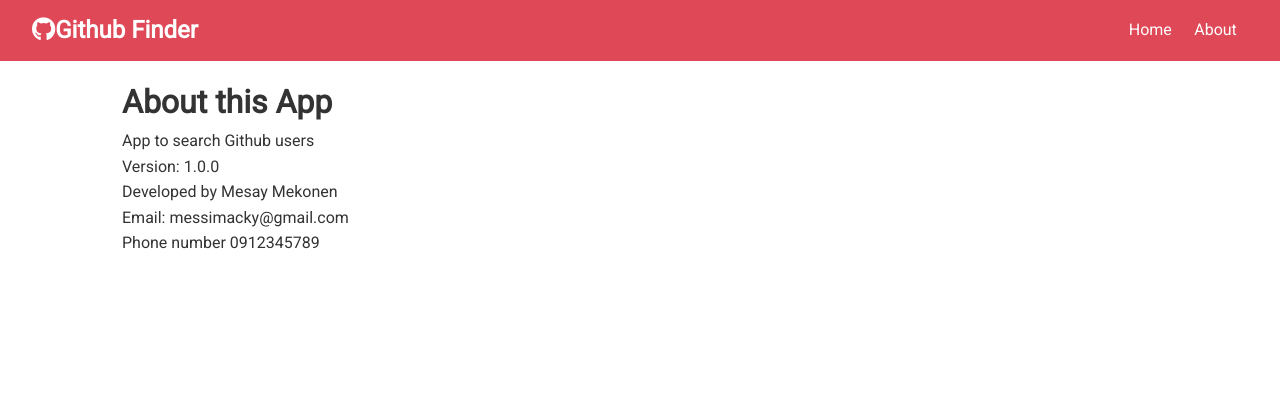
Repository: messimacky/github-finder
Page: /about
The author's editor kept a copy of each file at every save. The page is drawn from the files as they stood at one save, then again after the next save.
The browser window is 1280 px wide. The pictures show the whole page.
Some web libraries are served in a nearby version. The project was rebuilt for these pictures with package versions that can differ from the ones it lists, and the page was loaded fresh each time. Also part of the build but not shown: src/users/UserItem.js, src/components/layout/Spinner.js, src/users/Users.js, src/users/User.js, src/users/Search.js, src/components/layout/Alert.js.

Above is the page before, as saved 2022-02-27 15:11:09.

After the next save:
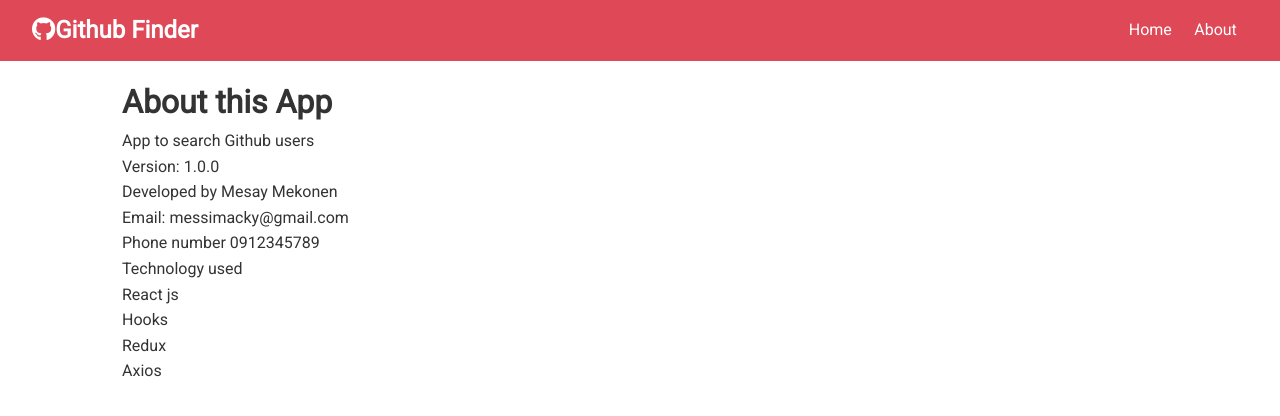
Saved 5 min 13 s later.
--- a/src/components/pages/About.js
+++ b/src/components/pages/About.js
@@ -9,6 +9,11 @@ const About = () => {
             <p>Developed by Mesay Mekonen</p>
             <p>Email: messimacky@gmail.com</p>
             <p>Phone number 0912345789</p>
+            <p>Technology used</p>
+            <p>React js</p>
+            <p>Hooks</p>
+            <p>Redux</p>
+            <p>Axios</p>
         </Fragment>
     );
 };
